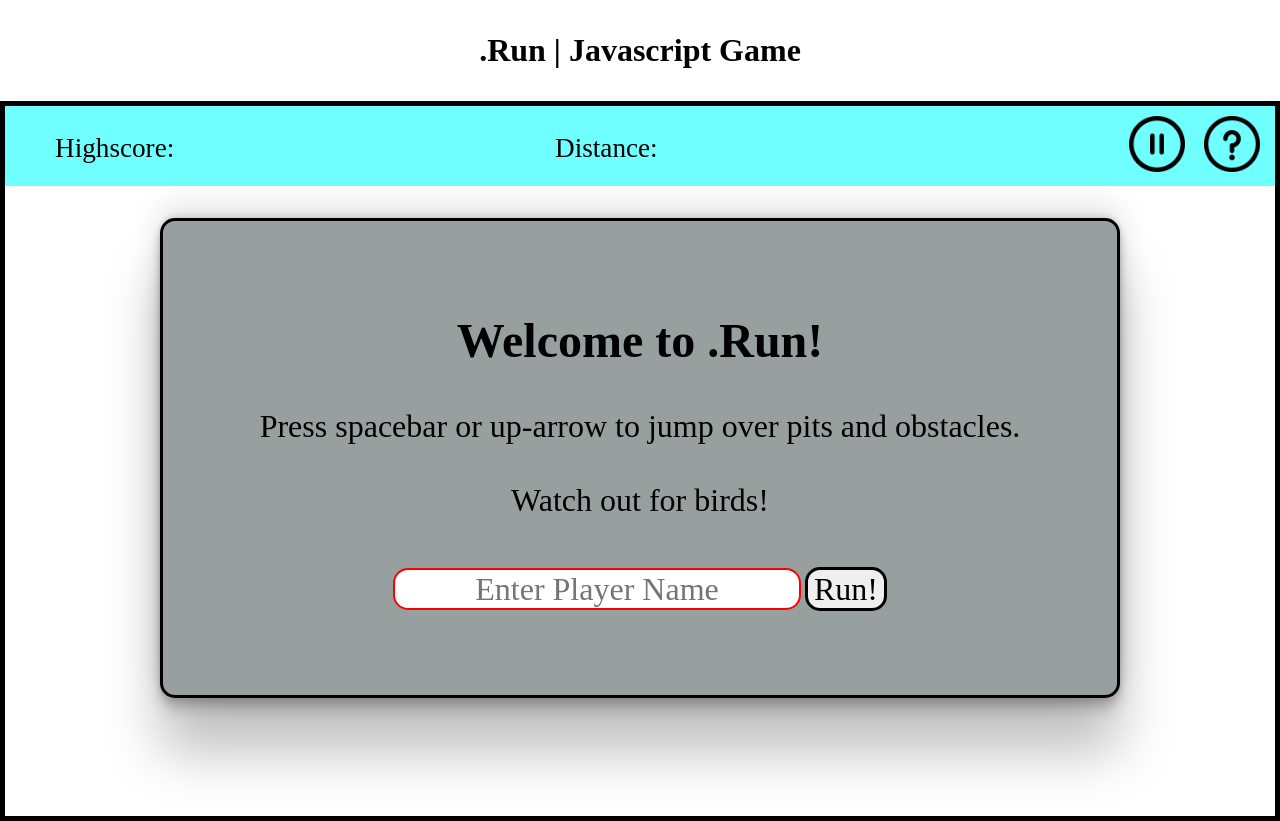
Repository: jellymel0n/bit-biker
Page: index.html
The author's editor kept a copy of each file at every save. The page is drawn from the files as they stood at one save, then again after the next save.
The browser window is 1280 px wide. The pictures show the whole page.

Above is the page before, as saved 2021-06-29 22:03:15.

### index.html
<!DOCTYPE html>
<html lang="en">
<head>
    <meta charset="UTF-8">
    <meta http-equiv="X-UA-Compatible" content="IE=edge">
    <meta name="viewport" content="width=device-width, initial-scale=1.0">
    <!-- CSS reset/normalize -->
    <link rel="stylesheet" href="styles/normalize-fwd.css">
    <!-- Local CSS -->
    <link rel="stylesheet" href="styles/styles.css">
    <title>.Run | Javascript Game</title>
</head>
<body>
    <h1>.Run | Javascript Game</h1>

    <main id="game-board">
        <!-- Game board header -->
        <div id='game-header'>
            <p id='highscore-text'>Highscore: </p>
            <p id='distance-text'>Distance: </p>
            <div id='btn-pause'>
                <img src="assets/graphics/icons/pause.png" alt="pause button, circle around a pause icon">
            </div>
            <div id='btn-help'>
                <img src="assets/graphics/icons/information.png" alt="help button, circle around a question mark">
            </div>
        </div>
        <!-- End of game board header -->

        <!-- Splash screen - intro -->
        <div id='splash-screen'>
            <h2 id='splash-header'>Welcome to .Run!</h2>
            <p id='splash-text'>Press spacebar or up-arrow to jump over pits and obstacles.<br><br>Watch out for birds!</p>

            <div id="splashInput">
                <input id='player-name' type='text' placeholder='Enter Player Name'>
                <button id='savePlayer'>Run!</button>
            </div>
        </div>
        <!-- End of splash screen -->

    </main>

<!-- jQuery CDN script-->
<script src="https://code.jquery.com/jquery-3.6.0.min.js" integrity="sha256-/xUj+3OJU5yExlq6GSYGSHk7tPXikynS7ogEvDej/m4=" crossorigin="anonymous"></script>
<!-- Local JS script -->
<script src='scripts/script.js'></script>
</body>
</html>

### styles/styles.css
h1 {
    text-align: center;
    margin: 2rem auto;
}

#game-board {
    width: 80rem;
    height: 45rem;
    border: 5px solid black;
    /* border-radius: 10%; */
    margin: 0 auto;
    position: relative;
}

/* Game board header */
div#game-header {
    display: flex;
    justify-content: space-around;
    width: 100%;
    height: 5rem;
    background-color: rgba(0, 255, 255, 0.565);

}

#highscore-text,
#distance-text {
    position: absolute;
}

#highscore-text {
    font-size: 1.7rem;
    left: 50px;
}

#distance-text {
    font-size: 1.7rem;
    left: 550px;
}

#btn-pause img {
    position: absolute;
    width: 3.5rem;
    right: 90px;
    top: 10px;
}

#btn-pause img:hover {
    transform: scale(1.1);
    cursor: pointer;
}

#btn-help img {
    position: absolute;
    width: 3.5rem;
    right: 15px;
    top: 10px;
}

#btn-help img:hover {
    transform: scale(1.1);
    cursor: pointer;
}

/* end of game board header */

/* Splash screen styles */
#splash-screen {
    width: 60rem;
    height: 30rem;
    margin: 2rem auto;
    border: 3px solid black;
    border-radius: 15px;
    align-content: center;
    background-color: rgb(152, 159, 159);
    box-shadow: rgba(0, 0, 0, 0.25) 0px 54px 55px, rgba(0, 0, 0, 0.12) 0px -12px 30px, rgba(0, 0, 0, 0.12) 0px 4px 6px, rgba(0, 0, 0, 0.17) 0px 12px 13px, rgba(0, 0, 0, 0.09) 0px -3px 5px;
}

#splash-screen h2 {
    text-align: center;
    font-size: 3rem;
}

#splash-text {
    text-align: center;
    font-size: 2rem;
    margin: 0 1rem;
}

#splashInput {
    text-align: center;
    margin-top: 3rem;
}

input[type=text] {
    border: 2px solid red;
    border-radius: 15px;
    font-size: 2rem;
    margin: 0 auto 2rem auto;
    text-align: center;
}

button#savePlayer {
    font-size: 2rem;
    color: black;
    border: 3px solid black;
    border-radius: 15px;
}

button#savePlayer:hover {
    transform: scale(1.1);
    cursor: pointer;
}
/* End of splash screen styles */

### scripts/script.js
'use strict';

const game = {
    title: '.Run',
    isRunning: false,
    player: '',
    obstacles: [],
    keysPressed: [],
    bgLayers: [],
    bgObjects: [],
    loopDuration: [1000 / 50, 1000 / 60, 1000 / 70, 1000 / 80],
    lastKeyFrame: null,

    getPlayerName: () => {
        game.player = $('#player-name').val();
    },

}


// Event Handlers
$('#savePlayer').on('click', function() {
    game.getPlayerName();
    $('#splash-screen').toggle();
    game.isRunning = true;
});

Loaded but not shown: styles/normalize-fwd.css (library)

After the next save:
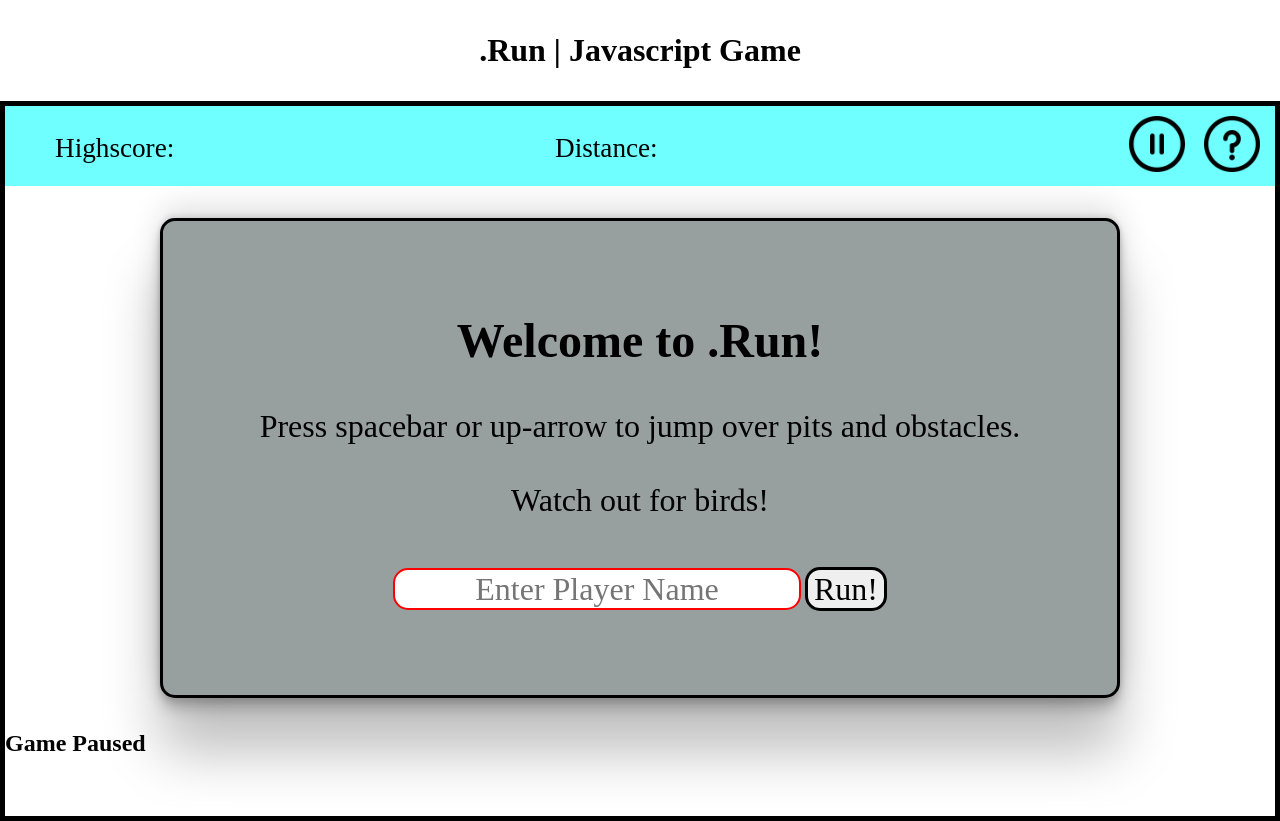
Saved 5 days later.
--- a/index.html
+++ b/index.html
@@ -39,6 +39,16 @@
         </div>
         <!-- End of splash screen -->
 
+        <!-- Pause Screen -->
+        <div class="pause-screen">
+            <h2>Game Paused</h2>
+        </div>
+        <!-- End of Pause Screen -->
+
+        <!-- Help Screen -->
+
+        <!-- End of Help Screen -->
+
     </main>
 
 <!-- jQuery CDN script-->
